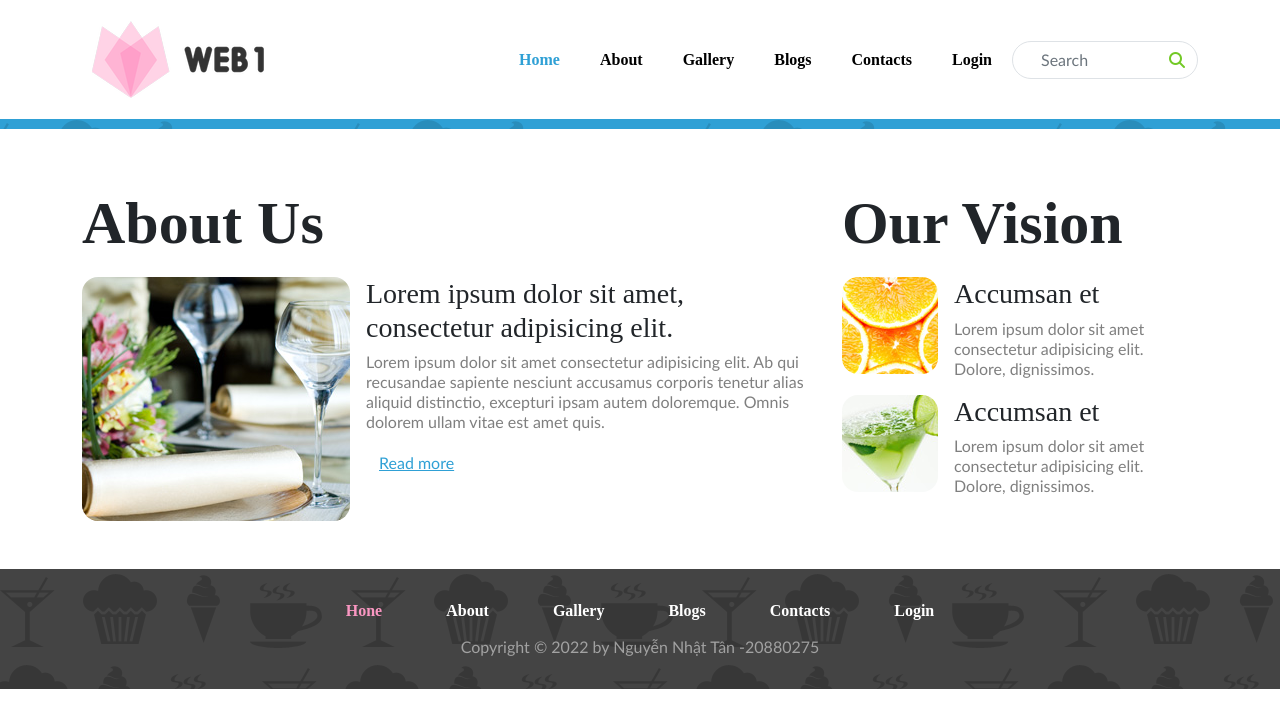
Repository: carembanhkem/web1-20880275
Page: about.html
These files come from the project's save history. The page is drawn as it stood at one moment and after the next save; the edit follows.
The browser window is 1280 px wide. The pictures show the whole page.
Some web fonts or font styles are not loaded; a fallback is used. Some web libraries are served in a nearby version.

Above is the page before, as saved 2023-02-06 11:21:58.
Console error: ReferenceError: bootstrap is not defined

### about.html
<!doctype html>
<html lang="en">

<head>
    <title>20880275 - Web1 Project</title>
    <!-- Required meta tags -->
    <meta charset="utf-8">
    <meta name="viewport" content="width=device-width, initial-scale=1, shrink-to-fit=no">
    <!-- Favicon-->
    <link rel="shortcut icon" href="images/favicon.ico" type="image/x-icon">
    <!-- FontAweSome-->
    <script src="https://kit.fontawesome.com/ee054dad92.js" crossorigin="anonymous"></script>
    <!-- Google Fonts -->
    <link rel="preconnect" href="https://fonts.googleapis.com">
    <link rel="preconnect" href="https://fonts.gstatic.com" crossorigin>
    <link href="https://fonts.googleapis.com/css2?family=Changa+One&display=swap" rel="stylesheet">
    <!-- Bootstrap CSS v5.2.1 -->
    <link href="https://cdn.jsdelivr.net/npm/bootstrap@5.2.1/dist/css/bootstrap.min.css" rel="stylesheet"
        integrity="sha384-iYQeCzEYFbKjA/T2uDLTpkwGzCiq6soy8tYaI1GyVh/UjpbCx/TYkiZhlZB6+fzT" crossorigin="anonymous">
    <link rel="stylesheet" href="css/20880275.css">
</head>

<body>
    <header class="container">
        <nav class="navbar navbar-expand-sm navbar-light">
            <a class="navbar-brand" href="#">
                <img src="images/logo.png" alt="Web1 Logo">
            </a>
            <button class="navbar-toggler d-lg-none" type="button" data-bs-toggle="collapse" data-bs-target="#menu-header" aria-controls="menu-header"
                aria-expanded="false" aria-label="Toggle navigation"></button>
            <div class="collapse navbar-collapse" id="menu-header">
                <ul class="navbar-nav ms-auto mt-2 mt-lg-0">
                    <li class="nav-item">
                        <a class="nav-link active" href="index.html" aria-current="page">Home <span class="visually-hidden">(current)</span></a>
                    </li>
                    <li class="nav-item">
                        <a class="nav-link" href="about.html">About</a>
                    </li>
                    <li class="nav-item">
                        <a class="nav-link" href="gallery.html">Gallery</a>
                    </li>
                    <li class="nav-item">
                        <a class="nav-link" href="blogs.html">Blogs</a>
                    </li>
                    <li class="nav-item">
                        <a class="nav-link" href="contact.html">Contacts</a>
                    </li>
                    <li class="nav-item">
                        <a class="nav-link" href="#" data-bs-toggle="modal" data-bs-target="#modalLogin">Login</a>
                    </li>
                </ul>
                <form class="d-flex my-2 my-lg-0 border rounded-pill" id="formSearch">
                    <input class="form-control border-0 ms-3" type="text" placeholder="Search">
                    <button class="btn my-2 my-sm-0 border-0" type="submit"><i class="fa-solid fa-magnifying-glass"></i></button>
                </form>
            </div>
        </nav>
    </header>

    <section id="banner-small">

    </section>

    <section class="container py-5">
        <div class="row">
            <div class="col-md-8">
                <h1 class="py-3">About Us</h1>
                <div>
                    <img src="images/about-1.jpg" alt="About us" class="float-start rounded-4 me-3">
                    <h3>Lorem ipsum dolor sit amet, consectetur adipisicing elit.</h3>
                    <p class="text-black-50">Lorem ipsum dolor sit amet consectetur adipisicing elit. Ab qui recusandae sapiente nesciunt accusamus corporis tenetur alias aliquid distinctio, excepturi ipsam autem doloremque. Omnis dolorem ullam vitae est amet quis.</p>
                    <a href="#" class="btn btn-link readmore">Read more</a>
                </div>
            </div>
            <div class="col-md-4 col-sm-12">
                <h1 class="py-3">Our Vision</h1>
                <div class="clearfix">
                    <img src="images/vision/vision-1.jpg" alt="vision1" class="float-start me-3 rounded-4">
                    <h3>Accumsan et</h3>
                    <p class="text-black-50">Lorem ipsum dolor sit amet consectetur adipisicing elit. Dolore, dignissimos.</p>
                </div>
                <div class="clearfix">
                    <img src="images/vision/vision-2.jpg" alt="vision1" class="float-start me-3 rounded-4">
                    <h3>Accumsan et</h3>
                    <p class="text-black-50">Lorem ipsum dolor sit amet consectetur adipisicing elit. Dolore, dignissimos.</p>
                </div>
            </div>
        </div>
    </section>

    <!-- Footer -->
    <footer class="text-center container-fluid text-white py-3">
        <ul class="nav justify-content-center py-3" id="menu-footer">
            <li class="nav-item">
                <a class="nav-link active" href="#" aria-current="page">Hone</a>
            </li>
            <li class="nav-item">
                <a class="nav-link" href="about.html">About</a>
            </li>
            <li class="nav-item">
                <a class="nav-link" href="gallery.html">Gallery</a>
            </li>
            <li class="nav-item">
                <a class="nav-link" href="blogs.html">Blogs</a>
            </li>
            <li class="nav-item">
                <a class="nav-link" href="contact.html">Contacts</a>
            </li>
            <li class="nav-item">
                <a class="nav-link" href="#" data-bs-toggle="modal" data-bs-target="#modalLogin">Login</a>
            </li>
        </ul>
        <p class="text-white-50">Copyright &copy; 2022 by  Nguyễn Nhật Tân -20880275</p>
    </footer>

    <!-- Modal Body -->
    <!-- if you want to close by clicking outside the modal, delete the last endpoint:data-bs-backdrop and data-bs-keyboard -->
    <div class="modal fade" id="modalLogin" tabindex="-1" data-bs-backdrop="static" data-bs-keyboard="false" role="dialog" aria-labelledby="modalTitleId" aria-hidden="true">
        <div class="modal-dialog modal-dialog-scrollable modal-dialog-centered modal-sm" role="document">
            <div class="modal-content">
                <div class="modal-header">
                    <button type="button" class="btn-close" data-bs-dismiss="modal" aria-label="Close"></button>
                </div>
                <div class="modal-body">
                    <form action="#" method="post" id="formLogin">
                        <h3 class="text-center">Login Form</h3>
                        <div class="mb-3">
                            <input type="text" name="username" id="username" placeholder="Username" class="form-control">
                        </div>
                        <div class="mb-3">
                            <input type="password" name="password" id="password" placeholder="Password" class="form-control">
                        </div>
                        <button type="submit" class="form-control btn">Login</button>
                    </form>
                </div>
                <div class="modal-footer">

                </div>
            </div>
        </div>
    </div>


    <!-- Optional: Place to the bottom of scripts -->
    <script>
        const myModal = new bootstrap.Modal(document.getElementById('modalLogin'), options)

    </script>

    <!-- Boostrap JavaScript Libraries -->
    <script src="https://cdn.jsdelivr.net/npm/@popperjs/core@2.11.6/dist/umd/popper.min.js"
        integrity="sha384-oBqDVmMz9ATKxIep9tiCxS/Z9fNfEXiDAYTujMAeBAsjFuCZSmKbSSUnQlmh/jp3" crossorigin="anonymous">
    </script>

    <script src="https://cdn.jsdelivr.net/npm/bootstrap@5.2.1/dist/js/bootstrap.min.js"
        integrity="sha384-7VPbUDkoPSGFnVtYi0QogXtr74QeVeeIs99Qfg5YCF+TidwNdjvaKZX19NZ/e6oz" crossorigin="anonymous">
    </script>
</body>

</html>

### css/20880275.css
:root {
    --web1-pink: #FA97C2;
    --web1-blue: #2FA0D5;
    --web1-green: #73C926;
}

body {
    font-family: 'Trebuchet MS', Arial, Helvetica, sans-serif;
    font-size: 16px;
    line-height: 20px;
}

h1, h2, h3, h4 {
    font-family: 'Changa One', cursive;
    font-weight: 400;
}

h1 {
    font-size: 60px;
    line-height: 60px;
    font-weight: 900;
}

/* Header */
#menu-header a {
    display: block;
    padding: 0 1.25rem;
    font-weight: bold;
    color: black;
    font-family: 'Changa One', cursive;
}
#menu-header a.active {
    color: var(--web1-blue);
}

#formSearch input {
    width: 8rem;
}

#formSearch i {
    color: var(--web1-green);
}

/* Banner */
#banner {
    background-image: url('../images/bg-banner.gif');
}

#banner > div {
    background: url('../images/logo_bg.png') left top no-repeat, url('../images/search_bg.png') right top no-repeat;
    padding: 5rem 0  3rem 0;
}

#banner a {
    background-color: var(--web1-pink);
    font-family: 'Changa One', cursive;
    font-size: 2rem;
}

#banner .carousel-item {
    min-height: 15rem; /*Do chieu cao khong co dinh nen minheight bang cai lon nhat de ko bi xe dich*/
}

#banner .carousel-indicators li {
    width: 1.2rem;
    height: 1.2rem;
    border-radius: 1.2rem; /* de no thanh hinh tron*/
    border: none; /* de no thanh hinh tron vi width = height = border radius*/
    margin: 0 0.25rem;
    position: relative;
}

#banner .carousel-indicators li span {
    position: absolute;
    top: 0.3rem;
    left: 0.3rem;
    width: 0.6rem;
    height: 0.6rem;
    border-radius: 0.6rem;
    border: none;
    text-align:left;
    text-indent: -9999px;
}

#banner .carousel-indicators li.active span{
    background-color: var(--web1-green);
}

/* banner small */
#banner-small {
    background-image: url(../images/bg-banner.gif);
    padding: 5px;
}

/* products */
.readmore {
    color: var(--web1-blue);
    margin-top: -4px;
}

.web1-text-blue {
    color: var(--web1-blue);
}

/* about us */
#aboutus {
    background-color: var(--web1-pink);
}

#formSignUp {
    border-style: dashed !important;
    border-color: rgba(0,0,0,0.5) !important;
}

/* news */
#news .date {
    background-color: var(--web1-green);
    width: 6rem;
    padding: 1.5rem;
}

/* Footer*/
footer {
    background-image: url('../images/bg-footer.gif');
}

#menu-footer a {
    color: white;
    font-weight: bold;
    font-family: 'Changa One', cursive;
    display: block;
    padding: 0 2rem;
}

#menu-footer a.active {
    color: var(--web1-pink);
}

/* Modal Login*/
#formLogin button[type="submit"]{
    background-color: var(--web1-blue);
    color: white;
}

After the next save:
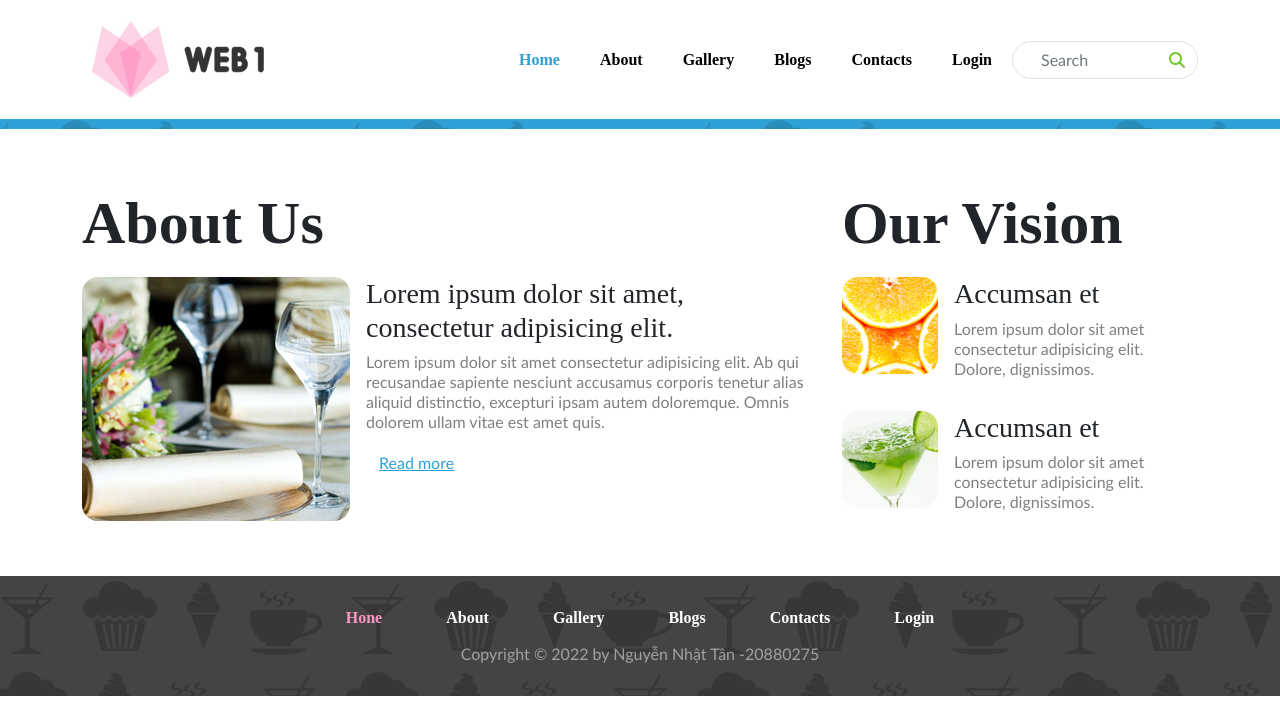
Saved 3 min 34 s later.
--- a/about.html
+++ b/about.html
@@ -74,7 +74,7 @@
             </div>
             <div class="col-md-4 col-sm-12">
                 <h1 class="py-3">Our Vision</h1>
-                <div class="clearfix">
+                <div class="clearfix mb-3">
                     <img src="images/vision/vision-1.jpg" alt="vision1" class="float-start me-3 rounded-4">
                     <h3>Accumsan et</h3>
                     <p class="text-black-50">Lorem ipsum dolor sit amet consectetur adipisicing elit. Dolore, dignissimos.</p>
